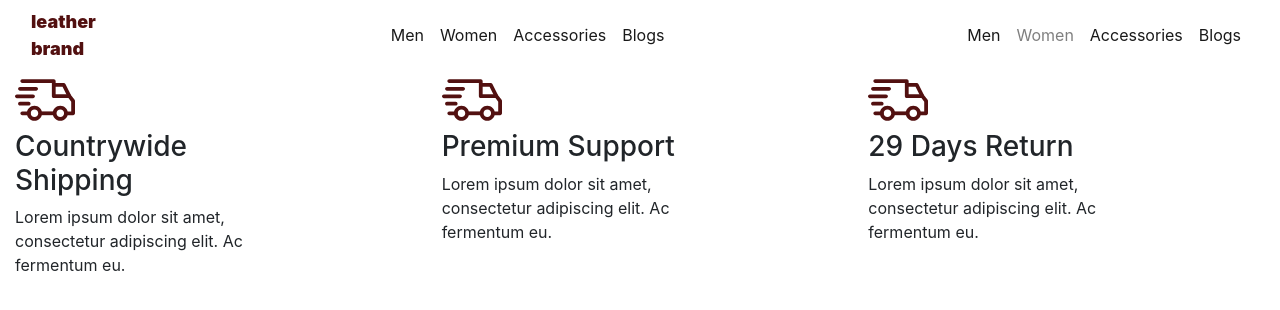
Repository: arif286/fashion-house
Page: /
An editor plug-in stored every save of this project. The page is shown before and after the next save, followed by the edit.
The browser window is 1280 px wide. The pictures show the whole page.
The project was rebuilt for these pictures with package versions that can differ from the ones it lists, and the page was loaded fresh each time. The framework's server and built-in components were replaced by stand-ins that run in the browser. Also part of the build but not shown: nuxt.config.js, components/Contact.vue, components/DisplayCollection.vue, components/Footer.vue, components/NewCollection.vue, components/NuxtLogo.vue, components/Products.vue, components/Tutorial.vue.

Above is the page before, as saved 2021-07-11 20:41:05.

After the next save:
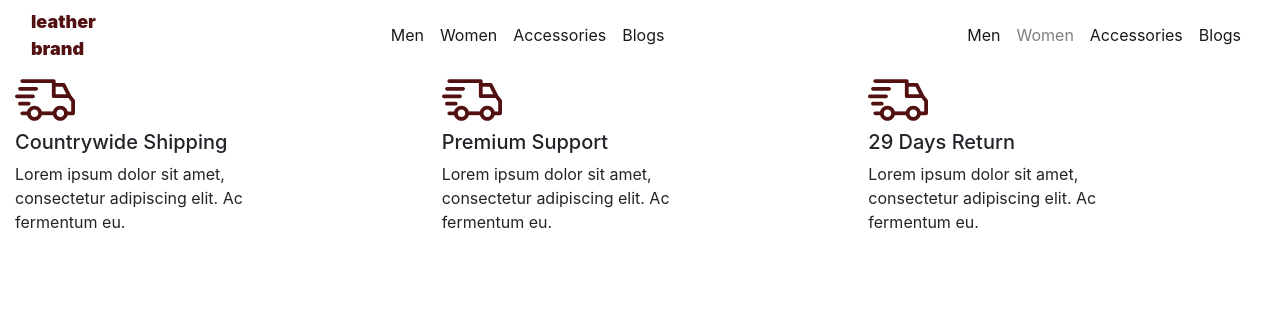
Saved 43 s later.
--- a/components/Service.vue
+++ b/components/Service.vue
@@ -8,7 +8,7 @@
       >
         <div class="service-box">
           <img :src="require(`@/assets/Images/${service.image}`)" alt="" />
-          <h3>{{ service.title }}</h3>
+          <h5>{{ service.title }}</h5>
           <p>{{ service.text }}</p>
         </div>
       </div>
